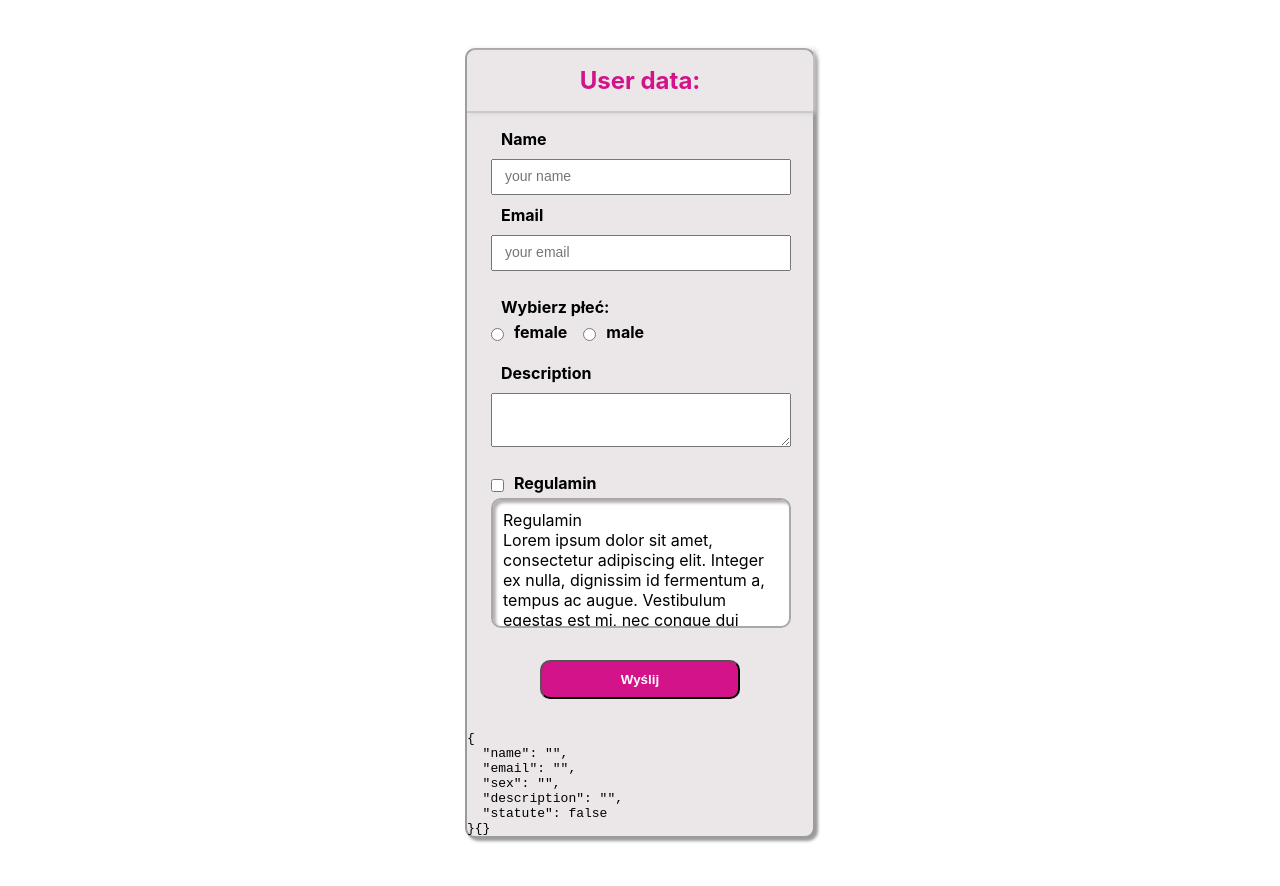
Repository: KrzysKolo/sr_tydzien4_zad3
Page: /
The author's editor kept a copy of each file at every save. The page is drawn from the files as they stood at one save, then again after the next save.
The browser window is 1280 px wide. The pictures show the whole page.
The project was rebuilt for these pictures with package versions that can differ from the ones it lists, and the page was loaded fresh each time. Also part of the build but not shown: src/components/FormComponents/TextError.js.

Above is the page before, as saved 2020-11-19 15:27:14.

### src/App.js
import React from 'react';
import './App.css';
import FormikContainer from './components/Formik/FormikContainer';
import Header from './components/Header';
const App = () => {
  return (
    <main className="App">
      <Header />
      <FormikContainer />
    </main>
   );
}

export default App;

### src/App.css
* {
  margin: 0;
  padding: 0;
  box-sizing: border-box;
}
.App {
  margin: 3rem auto;
  width: 350px;
  background-color: rgb(235, 231, 232);
  border: 2px solid rgb(155, 155, 155);
  border-radius: 10px;
  box-shadow: 3px 3px 3px rgb(155, 155, 155);
}
.section {
  display: flex;
  flex-direction: column;
  margin: 1rem 1.5rem;
  justify-content: center;
}
label {
  font-weight: bold;
  display: flex;
  margin-bottom: 5px;
  margin-left: 10px;
}
input[type="text"],
input[type="email"],
textarea {
  display: block;
  width: 300px;
  padding: 6px 12px;
  font-size: 14px;
  line-height: 1.4285;
  color: #555;
  margin: 10px 0;
}
.error {
  color: red;
}
.row {
  display: flex;
  flex-direction: row;
  align-items: center;
  margin-right: 1rem;
}
.statute {
  border: 2px solid rgb(170, 169, 169);
  border-radius: 10px;
  box-shadow: inset 3px 3px 3px rgb(181, 177, 178);
  background: #ffffff;
  height: 130px;
  width: 300px;
  padding: 10px;
  overflow: auto;
}
.btn-send {
  background-color: rgba(211, 19, 137, 1);
  border-radius: 10px;
  color: white;
  cursor: pointer;
  font-weight: bold;
  margin: 1rem auto;
  padding: 10px;
  width: 200px;
  transition: all 0.3s ease-in-out;
}
.btn-send:hover {
  background-color: rgba(211, 19, 137, 0.5);
}
.header {
  color: rgba(211, 19, 137, 1);
  margin: 0 auto;
  text-align: center;
  font-weight: bold;
  border-bottom: 2px solid rgb(204, 201, 204);
  padding: 1rem;
  box-shadow: 3px 0 5px rgb(204, 201, 204);
}

### src/components/Formik/FormikContainer.js
import React, { useState } from 'react';
import { Formik, Form } from 'formik';
import * as yup from 'yup';
import FormikControl from './FormikControl';
import RadioOptions from './../../data/RadioOptions';

const FormikContainer = () => {
    const [systemMessage, setSystemMessage] = useState("");

    const onSubmit = (data, event) => {
      event.target.reset();
      setSystemMessage(<p>Dziękujemy za wysłanie!</p>);
    };
    const initialValues = {
        name: '',
        email: '',
        sex: '',
        description: '',
        statute: false,
    }

    const validationSchema = yup.object({
        name: yup.string().required("Imię jest obowiązkowe!").min(2,"Twóje imię musi mieć więcej niż 2 znaki!").max(30,'Twoje imię może mieć maxymalnie 30 znaków!'),
        email: yup.string().required("Email jest wymagany!").email("Adres zawiera błędy"),
        sex: yup.string().required('Zaznacz jedną wartość!'),
        description: yup.string().required('Wpisz kilka słów!').min(2, "Wpisz co najmniej 2 znaki").max(100, "Możesz wpisać max. 250 znaków"),
        statute: yup.boolean().required().oneOf([true], 'Musisz zaznaczyć regulamin!'),
    });
    const [ showMessage, setShowMessage ] = useState(false);

    return (
        <Formik
            initialValues={initialValues}
            validationSchema={validationSchema}
            onSubmit={onSubmit}
        >
            { ({formik, values, errors}) => (
                <Form className="form-wrapper">
                    <section className="section">
                        <FormikControl control='input' type='text' label='Name' name='name' placeholder="your name"/>
                        <FormikControl control='input' type='email' label='Email' name='email' placeholder="your email"/>
                    </section>
                    <section className="section">
                        <FormikControl control='radio' label='Wybierz płeć: ' name='sex' options={RadioOptions}/>
                    </section>
                    <section className="section">
                        <FormikControl control='textarea' label='Description' name='description'/>
                    </section>
                    <section className="section">
                        <FormikControl control='checkbox' label='Regulamin' name='statute'/>
                        <div className="statute">
                            Regulamin<br/>
                            <p>Lorem ipsum dolor sit amet, consectetur adipiscing elit. Integer ex nulla, dignissim id fermentum a, tempus ac augue. Vestibulum egestas est mi, nec congue dui mollis vitae. Nam dictum lectus non mauris hendrerit efficitur. Donec imperdiet nec nibh et interdum. Fusce ornare consequat sapien. Pellentesque rhoncus tempor vulputate. Aliquam eu diam laoreet, tincidunt nulla ut, dignissim turpis. Aliquam est ante, luctus sed felis et, iaculis sollicitudin tellus. Cras congue tincidunt viverra. Sed vestibulum faucibus lacus, eu dictum lorem porta id. Praesent a placerat ligula. Vestibulum faucibus ornare erat, id elementum est vehicula eu. Nunc pulvinar dolor lacus. Vestibulum dapibus efficitur orci, ac rhoncus augue auctor ut.</p>
                        </div>
                    </section>
                    <section className="section">
                         <button className="btn-send" type="submit">Wyślij</button>
                    </section>
                    <pre>
                        {JSON.stringify(values, null, 2)}
                        {JSON.stringify(errors, null, 2)}

                    </pre>
                    <>{systemMessage}</>

                </Form>
            )

            }

        </Formik>
    )
}
export default FormikContainer;

### src/components/Header.js
import React from 'react';
const Header = () => {
    return (
        <section className="header">
            <h2>User data: </h2>
        </section>
     );
}

export default Header;

### src/components/Formik/FormikControl.js
import { Input, Radio, Checkbox, TextArea } from './../FormComponents/';


const FormikControl = (props) => {
    const { control, ...rest } = props;
    switch(control) {
        case 'input': return <Input {...rest} />
        case 'radio': return <Radio {...rest} />
        case 'textarea': return <TextArea {...rest} />
        case 'checkbox': return <Checkbox {...rest} />
        default: return null
    }
}

export default FormikControl;

### src/data/RadioOptions.js
const RadioOptions=[
    { id: 0, value: "female ", label: 'female ' },
    { id: 1, value: "male", label: 'male' },
   ];
export default RadioOptions;

### src/components/FormComponents/index.js
export { default as Input } from "./Input";
export { default as Radio } from "./Radio";
export { default as Checkbox } from "./Checkbox";
export { default as TextArea } from "./TextArea";

### src/components/FormComponents/Input.js
import React from 'react';
import{ Field, ErrorMessage } from 'formik';
import TextError from './TextError';

const Input = (props) => {
    const { label, name, ...rest } = props;
    return (
        <div className="form-control">
             <label htmlFor={name}>{label}</label>
            <Field id={name} name={name} {...rest} />
            <ErrorMessage name={name} component={TextError} />
        </div>
     );
}

export default Input;

### src/components/FormComponents/Radio.js
import React from 'react';
import{ Field, ErrorMessage } from 'formik';
import TextError from './TextError';

const Radio = (props) => {
    const { label, name, options, ...rest } = props;
    return (
        <div className="form-control">
            <label htmlFor={name}>{label}</label>
            <div className="row">
                <Field name={name} {...rest}>
                    {
                    ({ field }) => {
                        return options.map(option => {
                            return (
                                <div className="row" key={option.id} >
                                    <input type='radio' id={option.id} {...field} value={option.value} checked={field.value === option.value}/>
                                    <label htmlFor={option.id}>{option.label}</label>
                                </div>
                            )
                        })
                    }
                    }
                </Field>
            </div>
            <ErrorMessage name={name} component={TextError} />
        </div>
     );
}

export default Radio;

### src/components/FormComponents/Checkbox.js
import React from 'react';
import{ Field, ErrorMessage } from 'formik';
import TextError from './TextError';

const Checkbox = (props) => {
    const { label, name, ...rest } = props;
    return (
        <div className="form-control">
            <div className="row">
                <Field type='checkbox' id={name} name="statute" {...rest}/>
                <label htmlFor={name}>{label}</label>
            </div>
            <ErrorMessage name={name} component={TextError} />
        </div>
     );
}

export default Checkbox;

### src/components/FormComponents/TextArea.js
import React from 'react';
import{ Field, ErrorMessage } from 'formik';
import TextError from './TextError';

const TextArea = (props) => {
    const { label, name, ...rest } = props;
    return (
        <div className="form-control">
            <label htmlFor={name}>{label}</label>
            <Field as ='textarea' id={name} name={name} {...rest} />
            <ErrorMessage name={name} component={TextError} />
        </div>
     );
}

export default TextArea;

Loaded but not shown: public/index.html (common file); src/index.js (common file); src/index.css (common file)

After the next save:
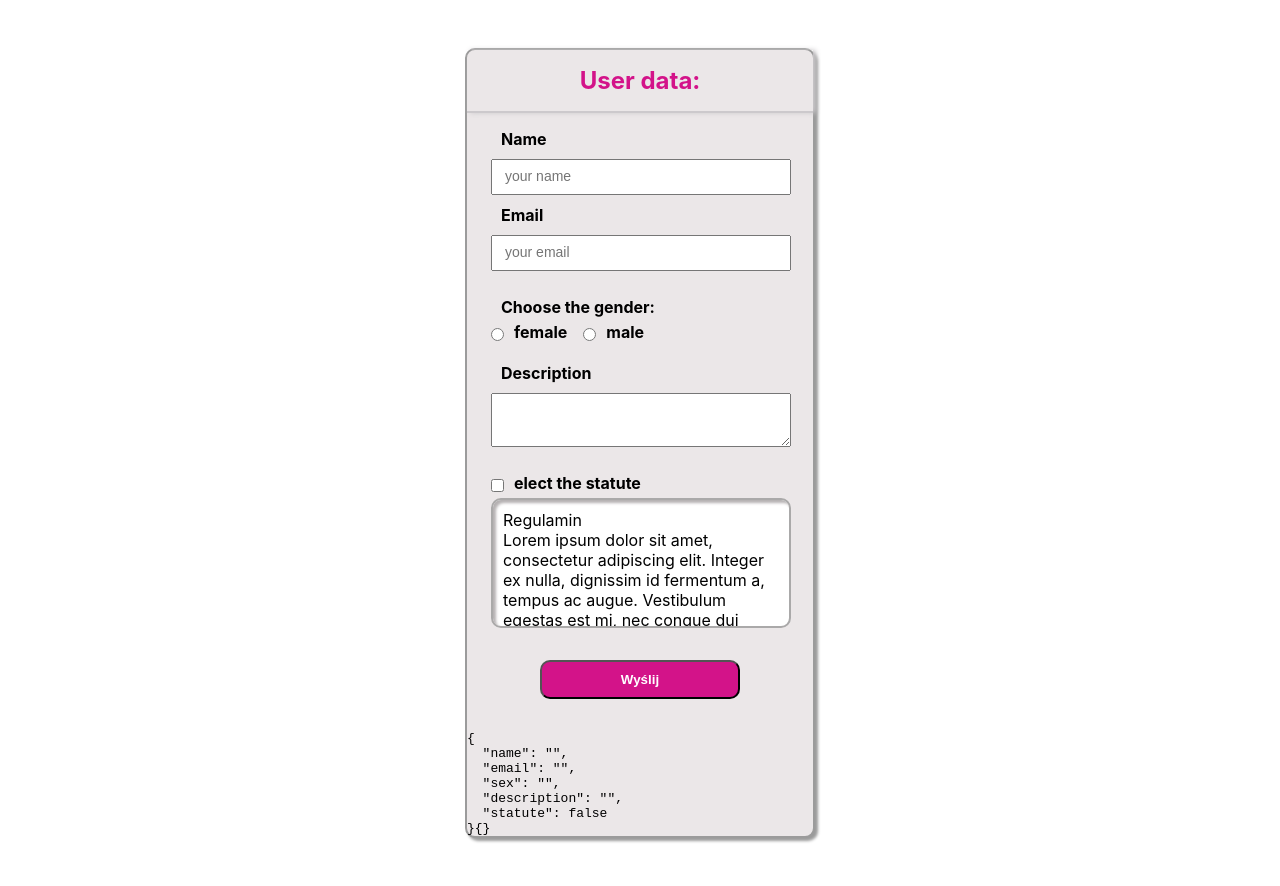
Saved 46 s later.
--- a/src/components/Formik/FormikContainer.js
+++ b/src/components/Formik/FormikContainer.js
@@ -41,13 +41,13 @@ const FormikContainer = () => {
                         <FormikControl control='input' type='email' label='Email' name='email' placeholder="your email"/>
                     </section>
                     <section className="section">
-                        <FormikControl control='radio' label='Wybierz płeć: ' name='sex' options={RadioOptions}/>
+                        <FormikControl control='radio' label='Choose the gender: ' name='sex' options={RadioOptions}/>
                     </section>
                     <section className="section">
                         <FormikControl control='textarea' label='Description' name='description'/>
                     </section>
                     <section className="section">
-                        <FormikControl control='checkbox' label='Regulamin' name='statute'/>
+                        <FormikControl control='checkbox' label='elect the statute' name='statute'/>
                         <div className="statute">
                             Regulamin<br/>
                             <p>Lorem ipsum dolor sit amet, consectetur adipiscing elit. Integer ex nulla, dignissim id fermentum a, tempus ac augue. Vestibulum egestas est mi, nec congue dui mollis vitae. Nam dictum lectus non mauris hendrerit efficitur. Donec imperdiet nec nibh et interdum. Fusce ornare consequat sapien. Pellentesque rhoncus tempor vulputate. Aliquam eu diam laoreet, tincidunt nulla ut, dignissim turpis. Aliquam est ante, luctus sed felis et, iaculis sollicitudin tellus. Cras congue tincidunt viverra. Sed vestibulum faucibus lacus, eu dictum lorem porta id. Praesent a placerat ligula. Vestibulum faucibus ornare erat, id elementum est vehicula eu. Nunc pulvinar dolor lacus. Vestibulum dapibus efficitur orci, ac rhoncus augue auctor ut.</p>
